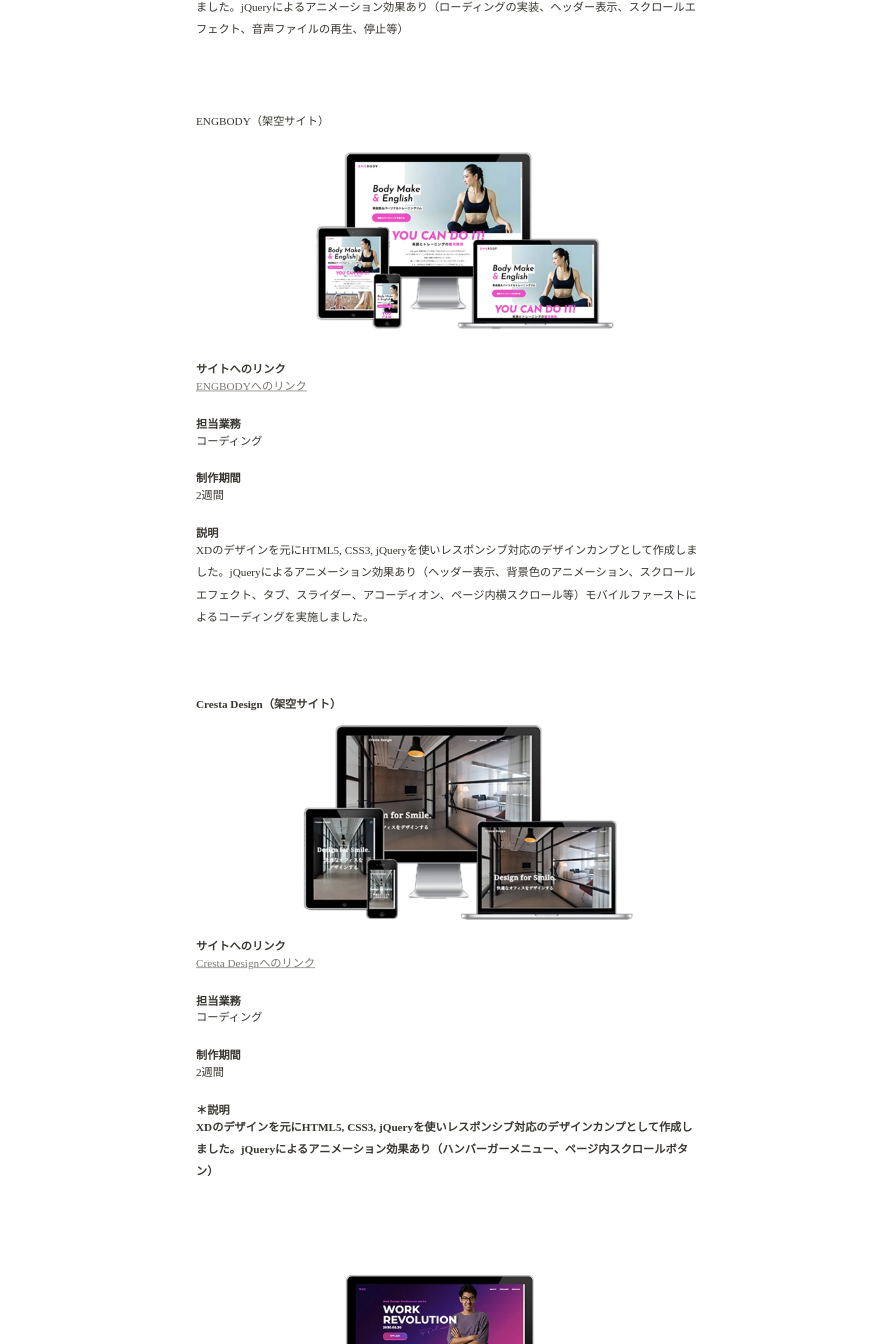
Repository: tetishi/my-portfolio
Page: index.html
The author's editor kept a copy of each file at every save. The page is drawn from the files as they stood at one save, then again after a run of saves.
The browser window is 1280 px wide. The pictures show the part of the page from y = 4580 to 6500 px (the page is 11499 px tall before and 11467 px after), at 70% of full size.
The style sheet was rebuilt from its Sass, Less or Tailwind sources for each picture, by a compiler version that may differ from the author's.

Above is the page before, as saved 2024-05-19 15:56:15.

### index.html
<!DOCTYPE html>
<html lang="ja">

<head>
    <meta name="robots" content="noindex">
    <meta charset="UTF-8">
    <meta name="viewport" content="width=device-width, initial-scale=1.0">
    <meta http-equiv="X-UA-Compatible" content="ie=edge">
    <meta property="og:title" content="石田哲朗のポートフォリオ" />
    <meta property="og:type" content="website" />
    <meta property="og:url" content="http://tetsuroishida.com/" />
    <meta property="og:image" content="#" />
    <meta property="og:site_name" content="ポートフォリオ" />
    <meta property="og:description" content="石田哲朗のポートフォリオです。過去の作品、スキル、使用ツール、自己紹介を掲載しております。" />
    <title>石田哲朗のポートフォリオ</title>
    <link rel="stylesheet" href="reset.css">
    <link rel="stylesheet" href="style.css">
    <link rel="icon" href="img/favicon.ico">
</head>

<body>
    <header class="header">
        <div class="header-inner">
            <h1 class="logo">
                <a href="/">
                    <img class="logo_img" src="img/favicon.png" alt="">
                </a>
            </h1>
            <nav class="header-nav">
                <ul class="header-ul">
                    <li class="header-li">
                        <a href="#">過去の作品</a>
                    </li>
                    <li class="header-li">
                        <a href="#">スキル</a>
                    </li>
                    <li class="header-li">
                        <a href="#">使用ツール</a>
                    </li>
                    <li class="header-li">
                        <a href="#">私について</a>
                    </li>
                </ul>
            </nav>
            <button class="mobile-menu_btn">
                <span></span>
                <span></span>
                <span></span>
            </button>
            <div class="mobile-header">
                <nav class="mobile-header_nav">
                    <ul class="mobile-header_ul">
                        <li class="mobile-header_li">
                            <a href="#">過去の作品</a>
                        </li>
                        <li class="mobile-header_li">
                            <a href="#">スキル</a>
                        </li>
                        <li class="mobile-header_li">
                            <a href="#">使用ツール</a>
                        </li>
                        <li class="mobile-header_li">
                            <a href="#">私について</a>
                        </li>
                    </ul>
                </nav>
            </div>
        </div>
    </header>

    <main>

        <section>
            <!-- ここ記入 -->
            <h1>ポートフォリオ<br class="d-none">（石田 哲朗）</h1>
            <p>お忙しい中 ご覧頂きありがとうございます。</p>
            <p>以下、過去の作品でございます。</p>
            <!-- ここ記入 -->
            <!-- <p>ベーシック認証がかかっているものは<br>ID aaa<br>パスワード aaa<br> です。</p> -->
        </section>
        <section>

            <h2>過去の作品</h2>
            <h3 class="sub-tit">LP作成</h3>

            <!-- １作品目 -->
            <div class="work">
                <!-- ここ記入 -->
                <h3 class="work_tit">UNIVERSAL HOLDINGS様／山中湖オリオン</h3>

                <!-- サイトのイメージ写真を入れます -->
                <a class="work_img-link" target="_blank" href="https://orion.universalholdings.jp/">
                    <picture>
                        <source srcset="img/universal-holdings@2x.webp" type="image/webp">
                        <img src="img/universal-holdings@2x.png">
                    </picture>
                </a>
                <p>
                    UNIVERSAL HOLDINGS様の貸別荘ビジネス「山中湖オリオン」についてのLP（ランディングページ）を制作致しました。<br>
                    「山中湖オリオン」は優れた強固な構造が特徴で、長期の運用が可能なフィンランドログを使用した貸別荘です。<br>
                </p>
                <h3 class="details">サイトへのリンク</h3>
                <!-- ここ記入 -->
                <p class="work_link"><a target="_blank" rel="noopener noreferrer" href="https://orion.universalholdings.jp/">UNIVERSAL HOLDINGS様／山中湖オリオンのLPへのリンク</a></p>
                <p class="work_link"><a target="_blank" rel="noopener noreferrer" href="https://orion-salon.universalholdings.jp/">UNIVERSAL HOLDINGS様／山中湖オリオン ABテスト用LPへのリンク</a></p>

                <h3 class="details">担当業務</h3>
                <p>コーディング / WordPress</p>
                <h3 class="details">サイトの目的</h3>
                <p>共同事業パートナーの募集 / 事業の認知</p>
                <h3 class="details">制作期間</h3>
                <!-- ここ記入 -->
                <p>約5日（コーディング / WordPress）</p>
                <h3 class="details">説明</h3>
                <!-- ここ記入 -->
                <p>
                    UNIVERSAL HOLDINGS様の貸別荘ビジネス「山中湖オリオン」についてのLP（ランディングページ）を制作致しました。<br>
                    「山中湖オリオン」は優れた強固な構造が特徴で、長期の運用が可能なフィンランドログを使用した貸別荘です。<br>
                    デザインパートナーにてデザインを作成、Photoshopのデザインを元にHTML5, CSS3, JavaScript(jQuery)を使用しLPをコーディング、WordPress化致しました。<br>
                    ・ユーザーにとってクリックしやすくなるように、ボタンは光るようにコーディングしております。<br>
                    ・ABテスト用に一部異なるデザインのLPも制作致しました。
                </p>
            </div>


            <!-- 2作品目 -->
            <div class="work">
                <!-- ここ記入 -->
                <h3 class="work_tit">合同会社シュアーズ様／AIオートメーションシステムのLP</h3>

                <!-- サイトのイメージ写真を入れます -->
                <a class="work_img-link" target="_blank" href="https://sedori-go.com/automation-b/">
                    <picture>
                        <source srcset="img/automation-b@2x.webp" type="image/webp">
                        <img src="img/automation-b@2x.png">
                    </picture>
                </a>
                <!-- ここ記入 -->
                <p>
                    合同会社シュアーズ様のAIオートメーションシステムについてのLP（ランディングページ）を制作致しました。<br>
                    平凡なサラリーマンがネット販売で独立を叶え、起業初年度に「1億円」を叶えた特効薬（秘密）を初公開しております。
                </p>

                <h3 class="details">サイトへのリンク</h3>
                <p class="work_link"><a target="_blank" rel="noopener noreferrer" href="https://sedori-go.com/automation-b/">AIオートメーションシステムのLPへのリンク</a></p>

                <h3 class="details">担当業務</h3>
                <p>コーディング / ディレクション</p>

                <h3 class="details">サイトの目的</h3>
                <p>サービスの認知 / 新規クライアントの獲得</p>

                <h3 class="details">制作期間</h3>
                <!-- ここ記入 -->
                <p>5日（コーディング / ディレクション）</p>

                <h3 class="details">説明</h3>
                <!-- ここ記入 -->
                <p>デザインパートナーにてデザインを作成、Figmaのデザインを元にHTML5、CSS3、JavaScript（jQuery）を使いレスポンシブ対応のLPを制作致しました。<br>
                    ・MyASPを使用し、メール配信機能を実装しました。<br>
                    ・お客様とデザイナーの間に立ち、お客様のご要望が上手くデザイナーに伝わるように、ディレクション業務も行いました。
                </p>
            </div>

            <!-- 3作品目 -->
            <div class="work">
                <h3 class="work_tit">合同会社シュアーズ様／AIオートメーションのLP</h3>

                <!-- サイトのイメージ写真を入れます -->
                <a class="work_img-link" target="_blank" href="https://sedori-go.com/automationlp/">
                    <picture>
                        <source srcset="img/automation-a@2x.webp" type="image/webp">
                        <img src="img/automation-a@2x.png">
                    </picture>
                </a>
                <!-- ここ記入 -->
                <p>
                    合同会社シュアーズ様のAIオートメーションシステムについてのLP（ランディングページ）を制作致しました。<br>
                    自分でリサーチしない、勝手に利益商品をみつけてくれるAIオートメーションシステムです。
                </p>

                <h3 class="details">サイトへのリンク</h3>
                <p class="work_link"><a target="_blank" rel="noopener noreferrer" href="https://sedori-go.com/automationlp/">AIオートメーションのLPへのリンク</a></p>

                <h3 class="details">担当業務</h3>
                <p>コーディング / ディレクション</p>

                <h3 class="details">サイトの目的</h3>
                <p>サービスの認知 / 新規クライアントの獲得</p>

                <h3 class="details">制作期間</h3>
                <!-- ここ記入 -->
                <!-- <p>11日（6日デザイン、5日コーディング）</p> -->
                <p>5日（コーディング / ディレクション）</p>

                <h3 class="details">説明</h3>
                <!-- ここ記入 -->
                <p>デザインパートナーにてデザインを作成、Figmaのデザインを元にHTML5、CSS3、JavaScript（jQuery）を使いレスポンシブ対応のLPを制作致しました。<br>
                    ・MyASPを使用し、メール配信機能を実装しました。<br>
                    ・お客様とデザイナーの間に立ち、お客様のご要望が上手くデザイナーに伝わるように、ディレクション業務も行いました。
                </p>
            </div>

            <!-- 4作品目 -->
            <div class="work">
                <!-- ここ記入 -->
                <h3 class="work_tit">Planet Hunters（架空サイト）</h3>

                <!-- サイトのイメージ写真を入れます -->
                <a class="work_img-link" target="_blank" href="https://tetishi.github.io/planet-hunters/">
                    <picture>
                        <source srcset="img/planet-hunters@2x.webp" type="image/webp">
                        <img src="img/planet-hunters@2x.png">
                    </picture>
                </a>
                <!-- ここ記入 -->
                <h3 class="details">サイトへのリンク</h3>
                <p class="work_link"><a target="_blank" rel="noopener noreferrer" href="https://tetishi.github.io/planet-hunters/">Planet Huntersへのリンク</a></p>

                <h3 class="details">担当業務</h3>
                <p>コーディング</p>

                <h3 class="details">制作期間</h3>
                <!-- ここ記入 -->
                <p>1週間</p>

                <h3 class="details">説明</h3>
                <!-- ここ記入 -->
                <p>Figmaのデザインを元にHTML5, CSS3, jQueryを使いレスポンシブ対応のデザインカンプとして作成しました。jQueryによるアニメーション効果あり（ローディングの実装、ヘッダー表示、スクロールエフェクト、音声ファイルの再生、停止等）</p>
            </div>

            <!-- 5作品目 -->
            <div class="work">
                <!-- ここ記入 -->
                <p class="work_tit">ENGBODY（架空サイト）</p>

                <!-- サイトのイメージ写真を入れます -->
                <a class="work_img-link" target="_blank" href="https://tetishi.github.io/engbody/">
                    <picture>
                        <source srcset="img/engbody@2x.webp" type="image/webp">
                        <img src="img/engbody@2x.png">
                    </picture>
                </a>
                <!-- ここ記入 -->
                <h3 class="details">サイトへのリンク</h3>
                <p class="work_link"><a target="_blank" rel="noopener noreferrer" href="https://tetishi.github.io/engbody/">ENGBODYへのリンク</a></p>

                <h3 class="details">担当業務</h3>
                <p>コーディング</p>

                <h3 class="details">制作期間</h3>
                <!-- ここ記入 -->
                <p>2週間</p>
                <h3 class="details">説明</h3>
                <!-- ここ記入 -->
                <p>XDのデザインを元にHTML5, CSS3, jQueryを使いレスポンシブ対応のデザインカンプとして作成しました。jQueryによるアニメーション効果あり（ヘッダー表示、背景色のアニメーション、スクロールエフェクト、タブ、スライダー、アコーディオン、ページ内横スクロール等）モバイルファーストによるコーディングを実施しました。</p>
            </div>

            <!-- 　6作品目 -->
            <div class="work">
                <!-- ここ記入 -->
                <h3 class="work_tit">Cresta Design（架空サイト）</h3>

                <!-- サイトのイメージ写真を入れます -->
                <a class="work_img-link" target="_blank" href="https://tetishi.github.io/cresta-design/">
                    <picture>
                        <source srcset="img/cresta-design@2x.webp" type="image/webp">
                        <img src="img/cresta-design@2x.png">
                    </picture>
                </a>
                <!-- ここ記入 -->
                <h3 class="details">サイトへのリンク</h3>
                <p class="work_link"><a target="_blank" rel="noopener noreferrer" href="https://tetishi.github.io/cresta-design/">Cresta Designへのリンク</a></p>

                <h3 class="details">担当業務</h3>
                <p>コーディング</p>

                <h3 class="details">制作期間</h3>
                <!-- ここ記入 -->
                <p>2週間</p>

                <h3 class="details">＊説明</p>
                <!-- ここ記入 -->
                <p>XDのデザインを元にHTML5, CSS3, jQueryを使いレスポンシブ対応のデザインカンプとして作成しました。jQueryによるアニメーション効果あり（ハンバーガーメニュー、ページ内スクロールボタン）</p>
            </div>

            <!-- 　7作品目 -->
            <div class="work">
                <!-- サイトのイメージ写真を入れます -->
                <picture>
                    <source srcset="img/wdc@2x.webp" type="image/webp">
                    <img src="img/wdc@2x.png">
                </picture>
                <!-- ここ記入 -->
                <p class="work_tit">WDC（架空サイト）</p>
                <!-- ここ記入 -->
                <p class="work_link"><a target="_blank" rel="noopener noreferrer" href="https://tetishi.github.io/wdc/">WDCへのリンク</a></p>
                <p class="details">＊担当業務</p>
                <p>コーディング</p>
                <p class="details">＊制作期間</p>
                <!-- ここ記入 -->
                <p>2週間</p>
                <p class="details">＊説明</p>
                <!-- ここ記入 -->
                <p>XDのデザインを元にHTML5, CSS3, jQueryを使いレスポンシブ対応のデザインカンプとして作成しました。jQueryによるアニメーション効果あり（ページ内スクロールボタン、トップに戻るボタン）</p>
            </div>

            <!-- 　8作品目 -->
            <div class="work">
                <!-- サイトのイメージ写真を入れます -->
                <picture>
                    <source srcset="img/munchkin@2x.webp" type="image/webp">
                    <img src="img/munchkin@2x.png">
                </picture>
                <!-- ここ記入 -->
                <p class="work_tit">MUNCHKIN（架空サイト）</p>
                <!-- ここ記入 -->
                <p class="work_link"><a target="_blank" rel="noopener noreferrer" href="https://tetishi.github.io/munchkin2/">MUNCHKINへのリンク</a></p>
                <p class="details">＊担当業務</p>
                <p>コーディング</p>
                <p class="details">＊制作期間</p>
                <!-- ここ記入 -->
                <p>1週間</p>
                <p class="details">＊説明</p>
                <!-- ここ記入 -->
                <p>XDのデザインを元にHTML5, CSS3, jQueryを使いレスポンシブ対応のデザインカンプとして作成しました。jQueryによるアニメーション効果あり（ハンバーガーメニュー、スクロールボタン）</p>
            </div>


            <h3 class="sub-tit">コーポレイトサイト作成</h3>
            <!-- 　1作品目 -->
            <div class="work">
                <!-- サイトのイメージ写真を入れます -->
                <picture>
                    <source srcset="img/pon-design@2x.webp" type="image/webp">
                    <img src="img/pon-design@2x.png">
                </picture>
                <!-- ここ記入 -->
                <p class="work_tit">PON DESIGN（架空サイト）</p>
                <!-- ここ記入 -->
                <p class="work_link"><a target="_blank" rel="noopener noreferrer" href="https://tetishi.github.io/pon-design/">PON DESIGNへのリンク</a></p>
                <p class="details">＊担当業務</p>
                <p>コーディング</p>
                <p class="details">＊制作期間</p>
                <!-- ここ記入 -->
                <p>約18日</p>
                <p class="details">＊説明</p>
                <!-- ここ記入 -->
                <p>XDのデザインを元にHTML5, CSS3, jQueryを使いレスポンシブ対応のデザインカンプとして作成しました。jQueryによるアニメーション効果あり（ハンバーガーメニュー、スライダー等）</p>
            </div>


            <!-- 　2作品目 -->
            <div class="work">
                <!-- サイトのイメージ写真を入れます -->
                <picture>
                    <source srcset="img/start@2x.webp" type="image/webp">
                    <img src="img/start@2x.png">
                </picture>
                <!-- ここ記入 -->
                <p class="work_tit">START（架空サイト）</p>
                <!-- ここ記入 -->
                <p class="work_link"><a target="_blank" rel="noopener noreferrer" href="https://tetishi.github.io/">STARTへのリンク</a></p>
                <p class="details">＊担当業務</p>
                <p>コーディング</p>
                <p class="details">＊制作期間</p>
                <!-- ここ記入 -->
                <p>1週間</p>
                <p class="details">＊説明</p>
                <!-- ここ記入 -->
                <p>XDのデザインを元にHTML5, CSS3, jQueryを使いレスポンシブ対応のデザインカンプとして作成しました。jQueryによるアニメーション効果あり（ハンバーガーメニュー）</p>
            </div>

            <!-- <div class="work"> -->
                <!-- サイトのイメージ写真を入れます -->
                <!-- <picture>
                    <source srcset="img/#" type="image/webp">
                    <img src="img/#">
                </picture> -->
                <!-- ここ記入 -->
                <!-- <p class="work_tit">ここに作品のタイトルを入れます</p> -->
                <!-- ここ記入 -->
                <!-- <p class="work_link"><a target="_blank" rel="noopener noreferrer" href="#">ここにリンクを入れます</a></p>
                <p class="details">＊担当業務</p>
                <p>コーディング</p>
                <p class="details">＊制作期間</p> -->
                <!-- ここ記入 -->
                <!-- <p>○週間</p>
                <p class="details">＊説明</p> -->
                <!-- ここ記入 -->
                <!-- <p>ここに説明文を入れます</p>
            </div> -->


        </section>
        <section>
            <h2>スキル</h2>
            <h3 class="info-tit">使用言語</h3>
            <p>HTML / CSS / Sass / Javascript / SEO / PHP</p>
            <h3 class="info-tit">フレ-ムワーク</h3>
            <p>jQuery / WordPress</p>
        </section>
        <section>
            <h2>使用ツール</h2>
            <h3 class="info-tit">エディター</h3>
            <p>Visual Studio Code</p>
            <h3 class="info-tit">テストサーバー</h3>
            <p>シン・クラウド for Free / エックスフリー</p>
            <h3 class="info-tit">バージョン管理ツール</h3>
            <p>GitHub</p>
            <h3 class="info-tit">連絡ツール</h3>
            <p>slack / Chatwork</p>
        </section>
        <section>
            <h2>私について</h2>
            <!-- 自分の写真を入れます -->
            <picture>
                <source srcset="img/myself.webp" type="image/webp">
                <img class="people" src="img/myself.jpeg">
            </picture>
            <!-- <img class="people" src="img/myself.jpeg"> -->
            <h3 class="info-tit">名前</h3>
            <!-- ここ記入 -->
            <p>石田 哲朗</p>
            <h3 class="info-tit">生年月日</h3>
            <!-- ここ記入 -->
            <p>1992年11月12日</p>
            <h3 class="info-tit">出身</h3>
            <!-- ここ記入 -->
            <p>奈良県</p>
            <h3 class="info-tit">経歴</h3>
            <!-- ここ記入 -->
            <ul class="carrier-list">
                <li class="carrier-item">
                    <p class="carrier-year">2015</p>
                    <p class="carrier-content">大阪の大学を経済学部で卒業</p>
                </li>
                <li class="carrier-item">
                    <p class="carrier-year">2015 - 2017</p>
                    <p class="carrier-content">アメリカ、ロサンゼルスの語学学校で英語を学ぶ</p>
                </li>
                <li class="carrier-item">
                    <p class="carrier-year">2017 - 2019</p>
                    <p class="carrier-content">カリフォルニア州オークランドにあるLaney Collegeにてコンピュータプログラミング専攻し卒業</p>
                </li>
                <li class="carrier-item">
                    <p class="carrier-year">2019</p>
                    <p class="carrier-content">フリーランスのWebエンジニアとして活動</p>
                </li>
                <li class="carrier-item">
                    <p class="carrier-year">2019 - 2020</p>
                    <p class="carrier-content">プログラミングスクールにてRuby on Ralisなどを学び実際に業務としてWeb開発を実施</p>
                </li>
                <li class="carrier-item">
                    <p class="carrier-year">2021 ~ 2023</p>
                    <p class="carrier-content">ネットワークエンジニアとして勤務</p>
                </li>
                <li class="carrier-item">
                    <p class="carrier-year">2022 ~ 現在</p>
                    <p class="carrier-content">フリーランスのWebエンジニアとして活動中</p>
                </li>
            </ul>
        </section>



    </main>

    <footer class="footer">
        <div class="footer-copyright">
            <p>
                © 2023 Tetsuro Ishida's portfolio All rights reserved
            </p>
        </div>
    </footer>

</body>

</html>

### reset.css
/*
html5doctor.com Reset Stylesheet
v1.6.1
Last Updated: 2010-09-17
Author: Richard Clark - http://richclarkdesign.com
Twitter: @rich_clark
*/

html,
body,
div,
span,
object,
iframe,
h1,
h2,
h3,
h4,
h5,
h6,
p,
blockquote,
pre,
abbr,
address,
cite,
code,
del,
dfn,
em,
img,
ins,
kbd,
q,
samp,
small,
strong,
sub,
sup,
var,
b,
i,
dl,
dt,
dd,
ol,
ul,
li,
fieldset,
form,
label,
legend,
table,
caption,
tbody,
tfoot,
thead,
tr,
th,
td,
article,
aside,
canvas,
details,
figcaption,
figure,
footer,
header,
hgroup,
menu,
nav,
section,
summary,
time,
mark,
audio,
video {
    margin: 0;
    padding: 0;
    border: 0;
    outline: 0;
    font-size: 100%;
    vertical-align: baseline;
    background: transparent;
}

body {
    line-height: 1;
}

article,
aside,
details,
figcaption,
figure,
footer,
header,
hgroup,
menu,
nav,
section {
    display: block;
}

nav ul {
    list-style: none;
}

blockquote,
q {
    quotes: none;
}

blockquote:before,
blockquote:after,
q:before,
q:after {
    content: '';
    content: none;
}

a {
    margin: 0;
    padding: 0;
    font-size: 100%;
    vertical-align: baseline;
    background: transparent;
}


/* change colours to suit your needs */

ins {
    background-color: #ff9;
    color: #000;
    text-decoration: none;
}


/* change colours to suit your needs */

mark {
    background-color: #ff9;
    color: #000;
    font-style: italic;
    font-weight: bold;
}

del {
    text-decoration: line-through;
}

abbr[title],
dfn[title] {
    border-bottom: 1px dotted;
    cursor: help;
}

table {
    border-collapse: collapse;
    border-spacing: 0;
}


/* change border colour to suit your needs */

hr {
    display: block;
    height: 1px;
    border: 0;
    border-top: 1px solid #cccccc;
    margin: 1em 0;
    padding: 0;
}

input,
select {
    vertical-align: middle;
}


/*end reset css*/

Loaded but not shown: style.scss (210 lines, source omitted)

After the next 2 saves:
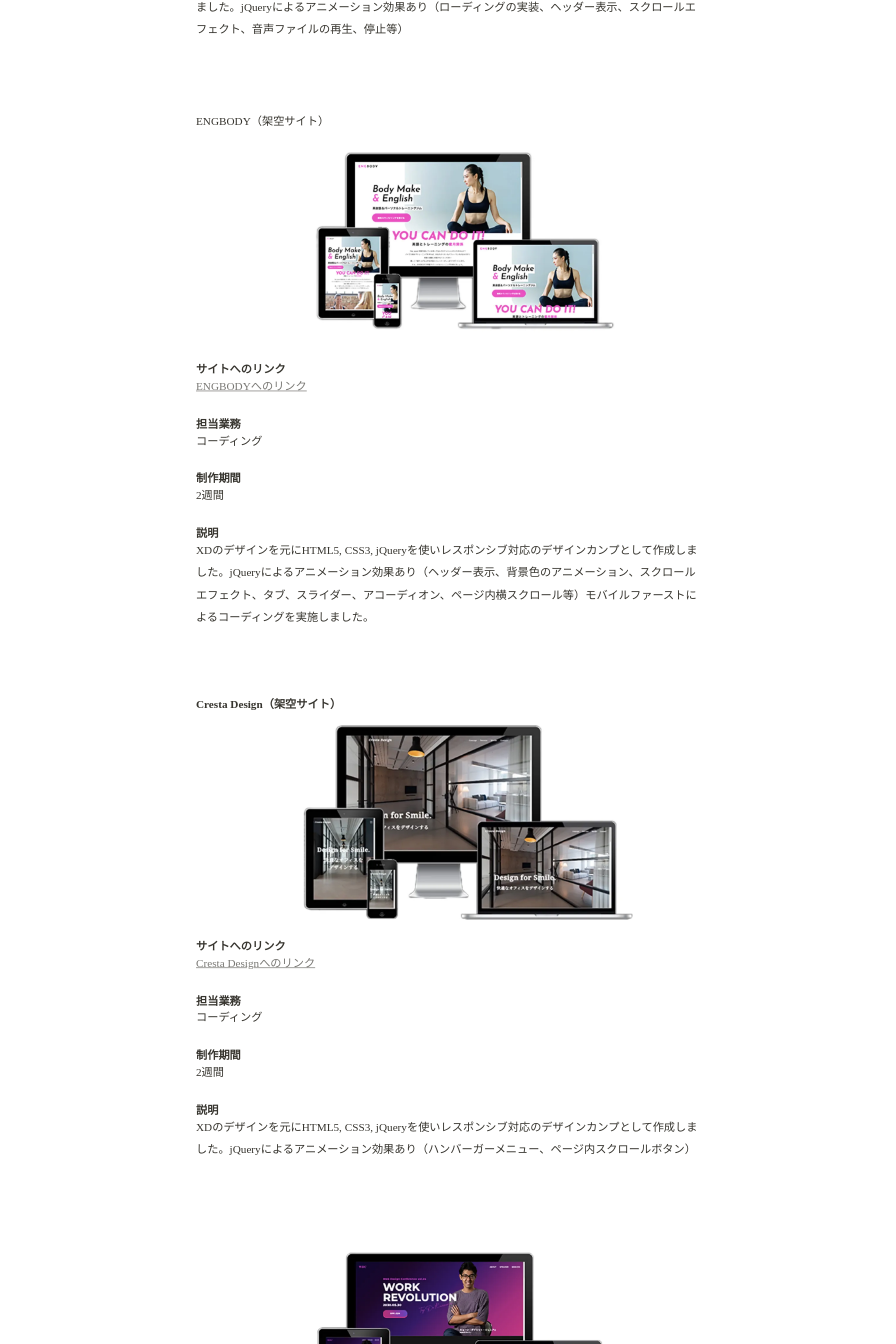
The 2 saves are shown as one change because they came seconds apart.
The last was saved 6 s later.
--- a/index.html
+++ b/index.html
@@ -279,7 +279,7 @@
                 <!-- ここ記入 -->
                 <p>2週間</p>
 
-                <h3 class="details">＊説明</p>
+                <h3 class="details">説明</h3>
                 <!-- ここ記入 -->
                 <p>XDのデザインを元にHTML5, CSS3, jQueryを使いレスポンシブ対応のデザインカンプとして作成しました。jQueryによるアニメーション効果あり（ハンバーガーメニュー、ページ内スクロールボタン）</p>
             </div>
